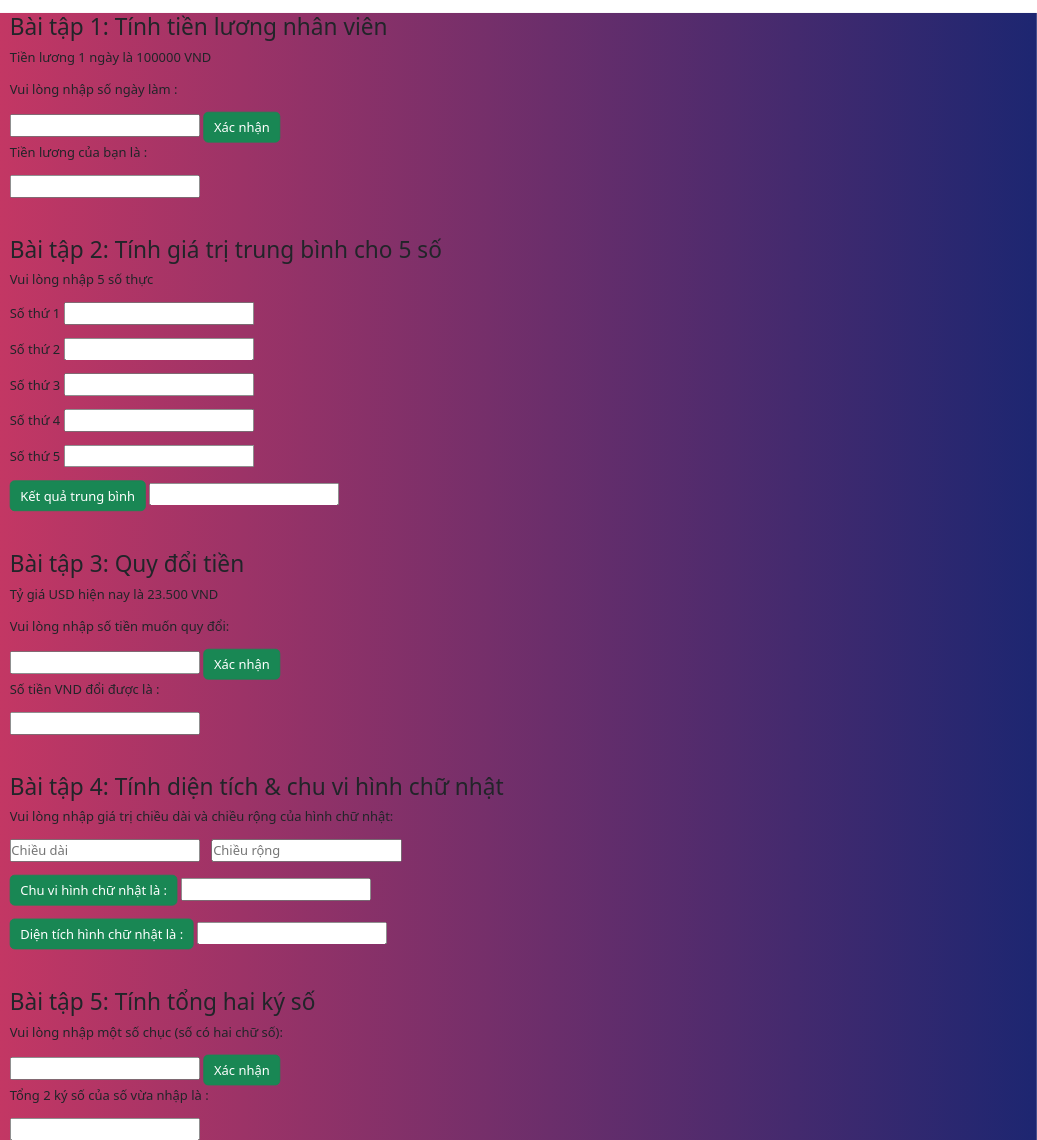
Repository: hcozyph/TranHuuPhuoc_BC43_BT_JS_Buoi2
Page: index.html
The author's editor kept a copy of each file at every save. The page is drawn from the files as they stood at one save, then again after the next save.
The browser window is 1280 px wide. The pictures show the whole page, at 81% of full size.

Above is the page before, as saved 2023-02-03 20:18:07.

After the next save:
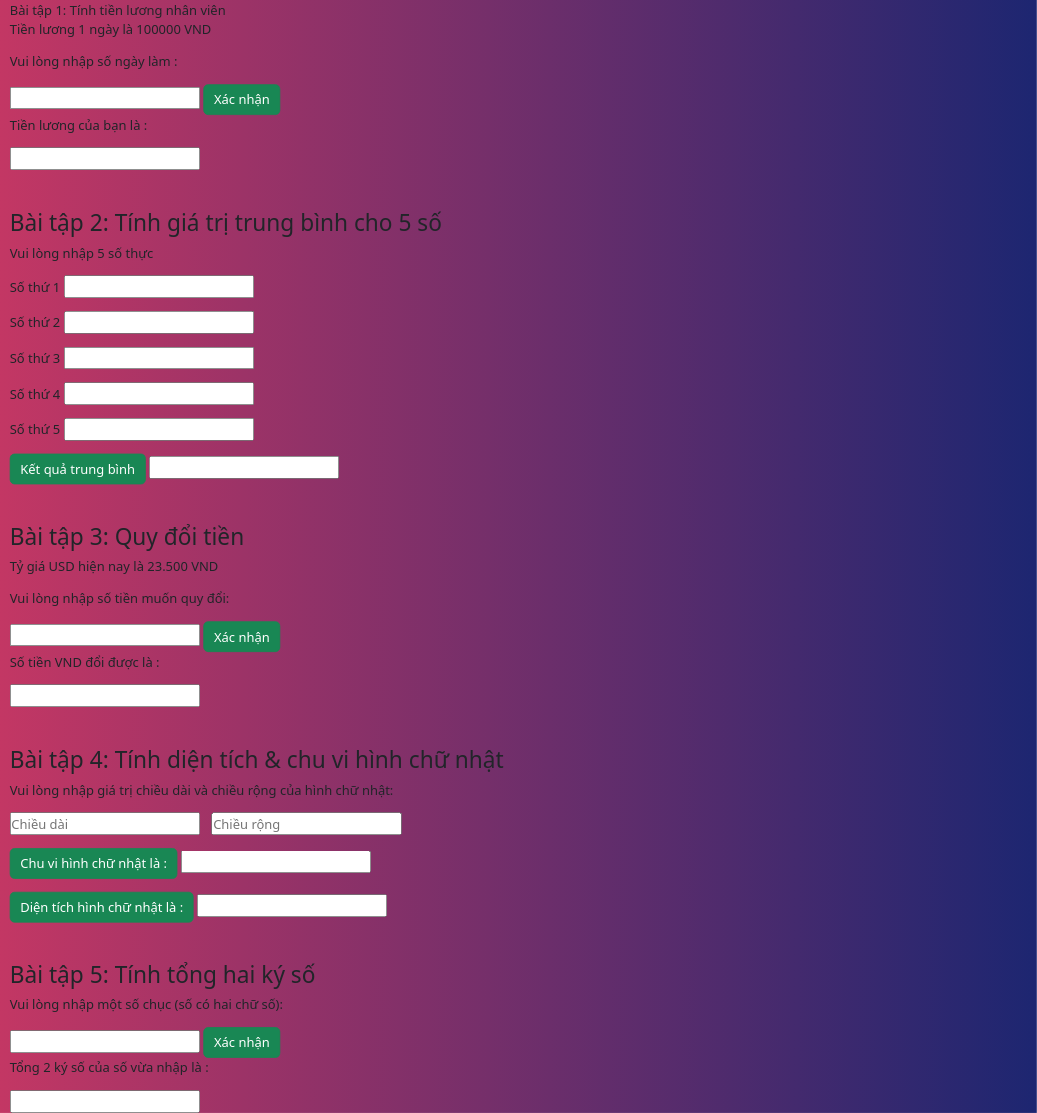
Saved 16 s later.
--- a/index.html
+++ b/index.html
@@ -46,7 +46,7 @@
             <div class="container">
                 <!-- BT-1 -->
                 <div class="BT1">
-                    <h1 class="fs-3 mt-3">
+                    <!-- <h1 class="fs-3 mt-3"> -->
                         Bài tập 1: Tính tiền lương nhân viên
                     </h1>
                     <p>Tiền lương 1 ngày là 100000 VND</p>

After the save that followed:
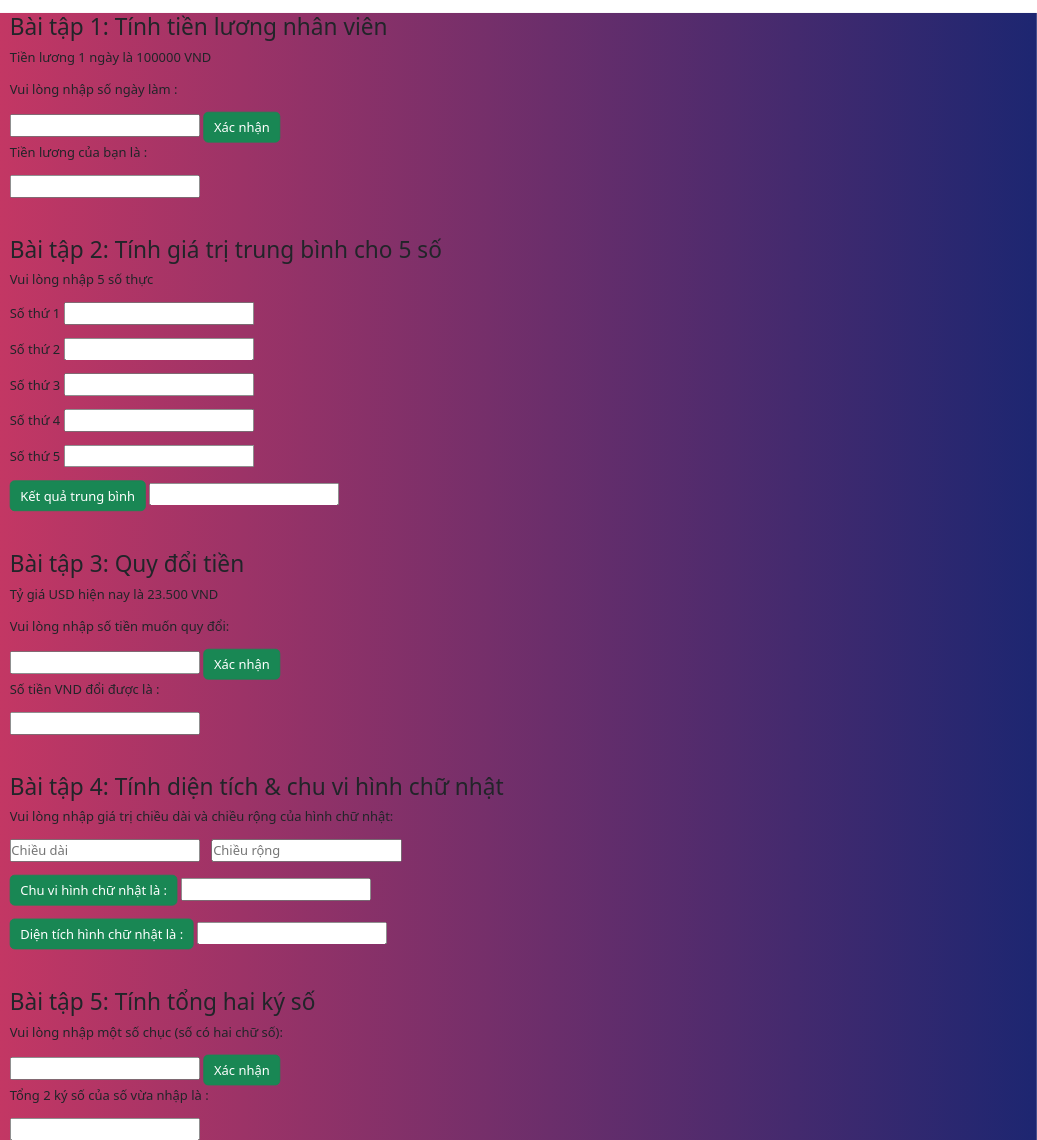
Saved 8 s later.
--- a/index.html
+++ b/index.html
@@ -46,7 +46,7 @@
             <div class="container">
                 <!-- BT-1 -->
                 <div class="BT1">
-                    <!-- <h1 class="fs-3 mt-3"> -->
+                    <h1 class="fs-3 mt-3">
                         Bài tập 1: Tính tiền lương nhân viên
                     </h1>
                     <p>Tiền lương 1 ngày là 100000 VND</p>
